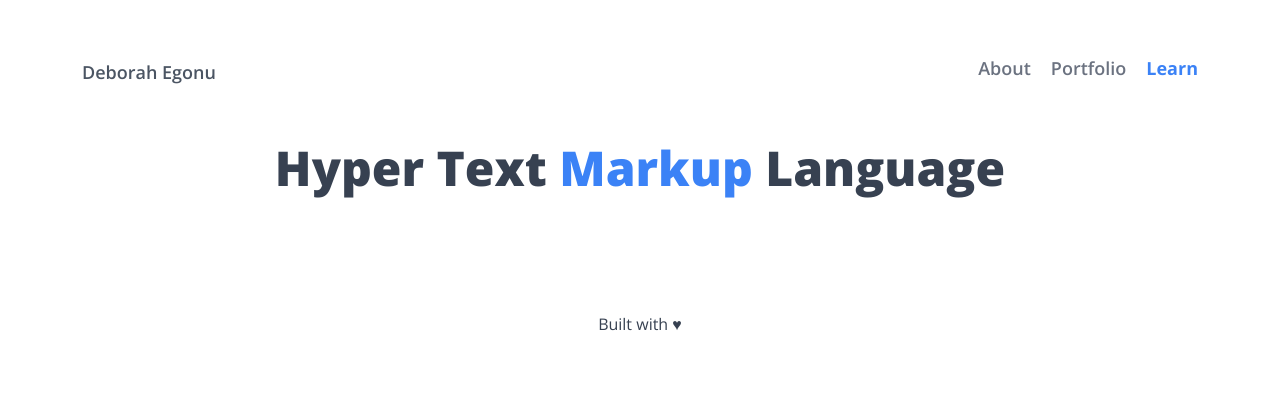
Repository: latenightsnacc/codewithdeb
Page: learn/courses/HTML/getting-started.html
An editor plug-in stored every save of this project. The page is shown before and after the next save, followed by the edit.
The browser window is 1280 px wide. The pictures show the whole page.
The style sheet was rebuilt from its Sass, Less or Tailwind sources for each picture, by a compiler version that may differ from the author's.

Above is the page before, as saved 2021-06-07 14:10:17.

### learn/courses/HTML/getting-started.html
<!DOCTYPE html>
<html lang="en">
    <head>
        <meta charset="UTF-8">
        <meta http-equiv="X-UA-Compatible" content="IE=edge">
        <meta name="viewport" content="width=device-width, initial-scale=1.0">
        <!--TAILWIND CDN-->
        <link href="https://unpkg.com/tailwindcss@^2/dist/tailwind.min.css" rel="stylesheet">
        <!--BOOTSTRAP CDN-->
        <link href="https://cdn.jsdelivr.net/npm/bootstrap@5.0.1/dist/css/bootstrap.min.css" rel="stylesheet" integrity="sha384-+0n0xVW2eSR5OomGNYDnhzAbDsOXxcvSN1TPprVMTNDbiYZCxYbOOl7+AMvyTG2x" crossorigin="anonymous">
         <!--CUSTOM CSS-->
        <link rel="stylesheet" href="stylesheet.css">
        <!--Page Title-->
        <title>HYPER TEXT MARKUP LANGUAGE - FREE COURSES | DEBORAH EGONU</title>
    </head>
<body class="bg-white">
    <!--SPACER-->
    <div class="h-12"></div>
    <!--NAVIGATION BAR / HEADER-->
    <nav>
        <div class="container">
            <div class="flex flex-row justify-between h-12 items-center">
                <!--LOGO-->
                <a href="index.html" class="no-underline font-semibold text-gray-600 capitalize text-lg hover:text-blue-500">
                    Deborah Egonu
                </a>
                <!--MENU-->
                <ul class="flex flex-row h-100 items-center pt-2">
                    <li class="mr-5">
                        <a href="about.html" class="no-underline font-semibold text-gray-500 capitalize text-lg hover:text-blue-500">about</a>
                    </li>
                    <li class="mr-5">
                        <a href="portfolio.html" class="no-underline font-semibold text-gray-500 capitalize text-lg hover:text-blue-500">portfolio</a>
                    </li>
                    <li class="">
                        <a href="learn.html" class="no-underline font-bold text-blue-500 capitalize text-lg hover:text-blue-500">learn</a>
                    </li>
                </ul>
            </div>

        </div>
    </nav>
    <!--SPACER-->
    <div class="h-12"></div>
    <!--H1 TEXT-->
    <div class="container">
        <h1 class="text-center font-black text-2xl md:text-4xl lg:text-5xl text-gray-700 capitalize">hyper text <span class="text-blue-500">markup</span> language </h1>
    </div>
    <!--SPACER-->
    <div class="h-16"></div>
     <!--SPACER-->
     <div class="h-12"></div>
     <footer>
         <div class="container">
             <p class="text-center text-gray-700">Built with &hearts;</p>
         </div>
     </footer>
 </body>
 </html>

### stylesheet.scss
@import url('https://fonts.googleapis.com/css2?family=Open+Sans:wght@300;400;600;700;800&display=swap');
h1, body, a {
    font-family: 'Open Sans', sans-serif;
}

After the next save:
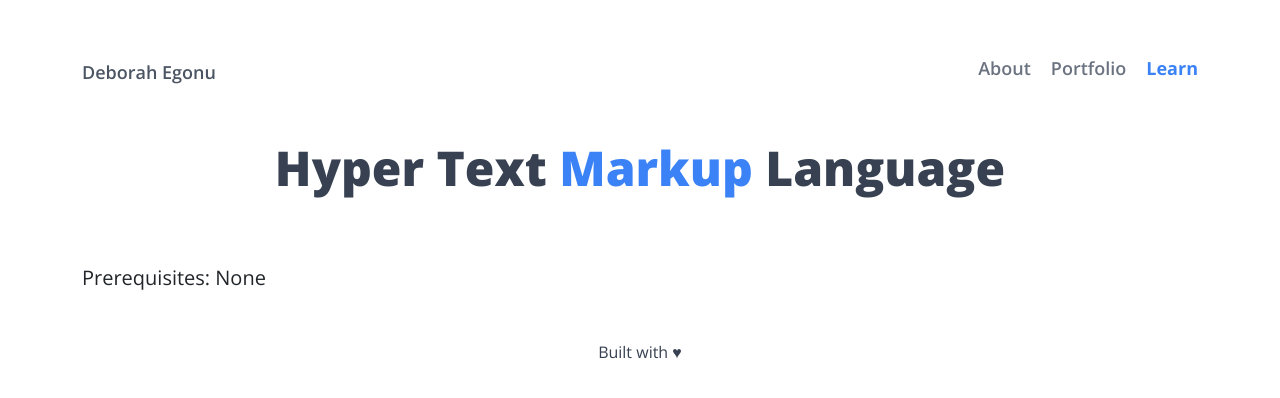
Saved 2 min 15 s later.
--- a/learn/courses/HTML/getting-started.html
+++ b/learn/courses/HTML/getting-started.html
@@ -48,6 +48,11 @@
     </div>
     <!--SPACER-->
     <div class="h-16"></div>
+    <div class="container">
+        <div class="flex flex-col">
+            <div class="text-xl capitalize">prerequisites: <span>None</span></div>
+        </div>
+    </div>
      <!--SPACER-->
      <div class="h-12"></div>
      <footer>
